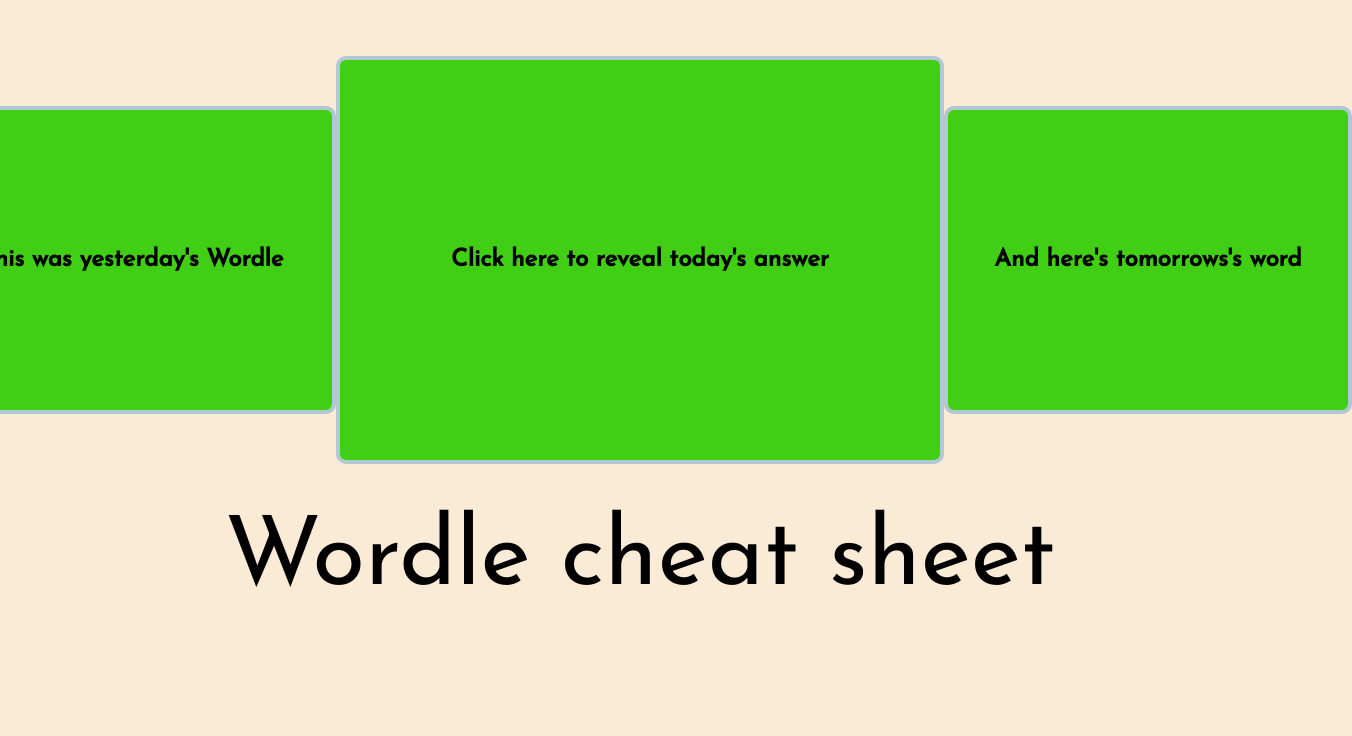
Repository: enoripl/tomorrows-wordle
Page: index.html
An editor plug-in stored every save of this project. The page is shown before and after a run of saves, followed by the edit.
The browser window is 1280 px wide. The page is 1352 px wide, so the pictures cover 1352 px, including what lies to the right of the window. The pictures show the whole page.

Above is the page before, as saved 2022-02-09 17:00:02.

### index.html
<!DOCTYPE html>
<html lang="en">
  <head>
    <meta charset="UTF-8" />
    <meta http-equiv="X-UA-Compatible" content="IE=edge" />
    <meta name="viewport" content="width=device-width, initial-scale=1.0" />
    <link rel="stylesheet" href="styles.css" />
    <script type="text/javascript" src="script.js" defer></script>
    <title>Today's (and tommorow's Wordle)</title>
  </head>
  <body>
    <main class="main-content">
      <div class="buttons-section">
        <div class="buttons-group">
          <div class="answer-btns" id="yesterdays-btn">
            This was yesterday's Wordle
          </div>
          <div class="answer-btns" id="todays-btn">
            Click here to reveal today's answer
          </div>
          <div class="answer-btns" id="tomorrows-btn">
            And here's tomorrows's word
          </div>
        </div>
      </div>
    </main>
    <div class="logo-section">
      <div class="logo">Wordle cheat sheet</div>
    </header>
  </body>
</html>

### styles.css
@import url('https://fonts.googleapis.com/css2?family=Josefin+Sans:wght@300;400;500&display=swap');
body {
    height: 100vh;
    font-family: 'Josefin Sans', sans-serif;
    background-color: antiquewhite;
}

main {
    height: 70%;
}
.main-content {
    display: flex;
    justify-content: center;
    align-items: center;
}
.buttons-group {
    display: flex;
    align-items: center;
}

.answer-btns {
    display: flex;
    justify-content: center;
    align-items: center;
    background-color: rgb(64, 207, 21);
    height: 300px;
    width: 400px;
    font-size: 1.5rem;
    font-weight: 600;
    border-radius: 10px;
    border: 4px solid rgb(178, 199, 212);
}


#todays-btn {
    height: 400px;
    width: 600px;
}

.logo-section {
    display: flex;
    justify-content: center;
    align-items: center;
    height: auto;
    font-size: 6rem;
}

Loaded but not shown: script.js (2352 lines, source omitted)

After the next 3 saves:
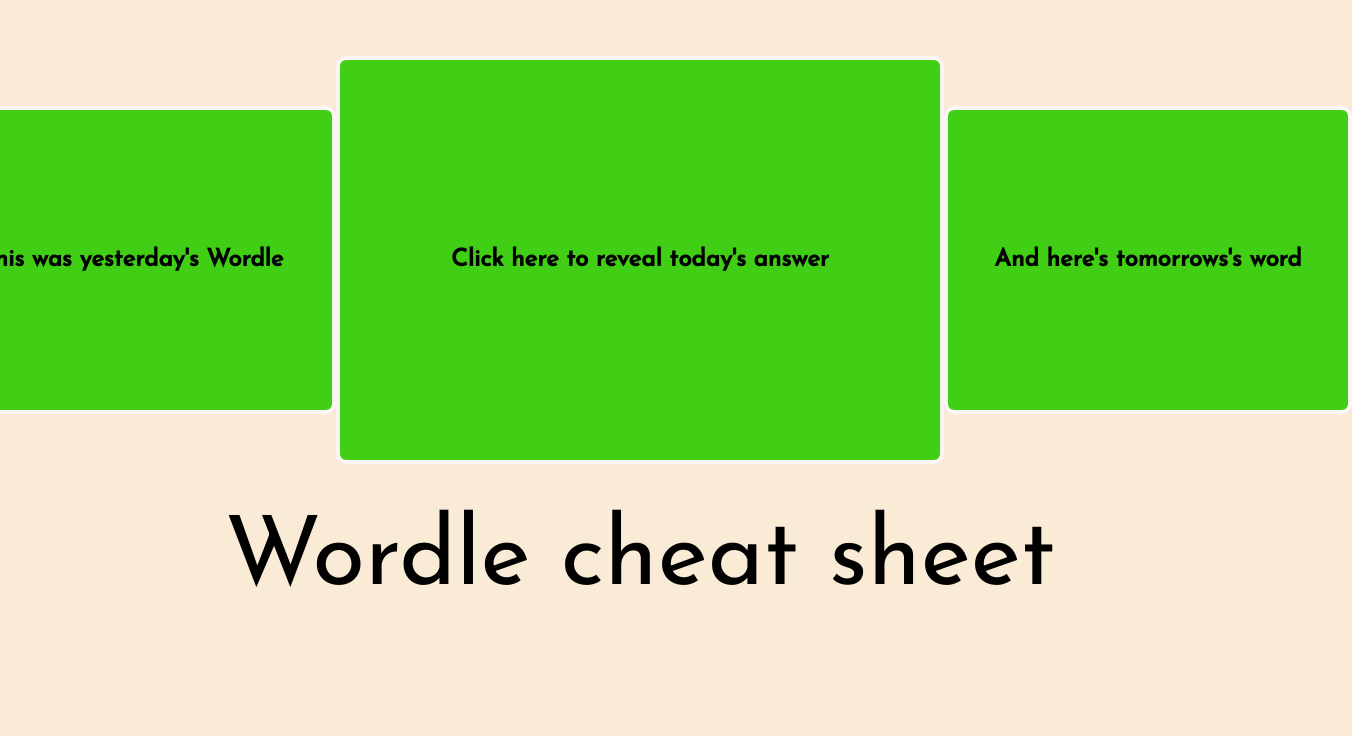
The 3 saves are shown as one change because they came seconds apart.
The last was saved 9 s later.
--- a/styles.css
+++ b/styles.css
@@ -28,7 +28,7 @@
     font-size: 1.5rem;
     font-weight: 600;
     border-radius: 10px;
-    border: 4px solid rgb(178, 199, 212);
+    border: 4px solid rgb(252, 247, 246);
 }
 
 
